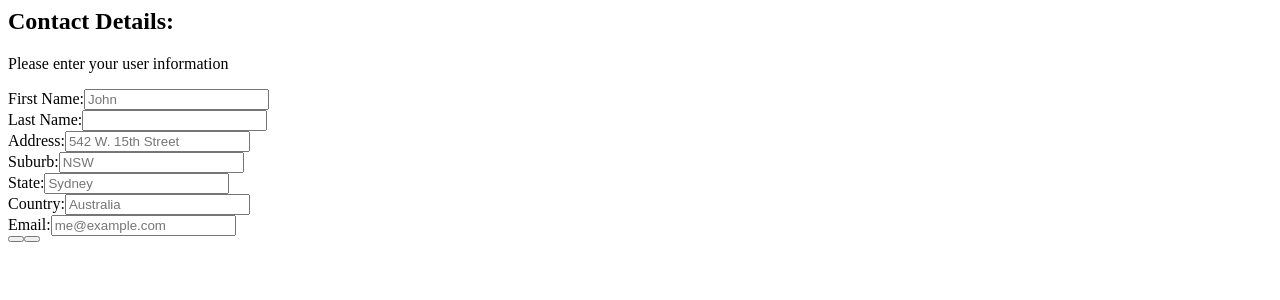
Repository: Agapitus1/Assignment-1---Self-Service-Shopping-System
Page: http://localhost/checkout.php
The author's editor kept a record of every edit. The page is drawn from the files as they stood at one moment, then again after the next edit.
The browser window is 1280 px wide. The pictures show the whole page.
The page is run by PHP 8.4 with error messages shown; the project is at /var/www/html/.

Above is the page before.

After the next edit:
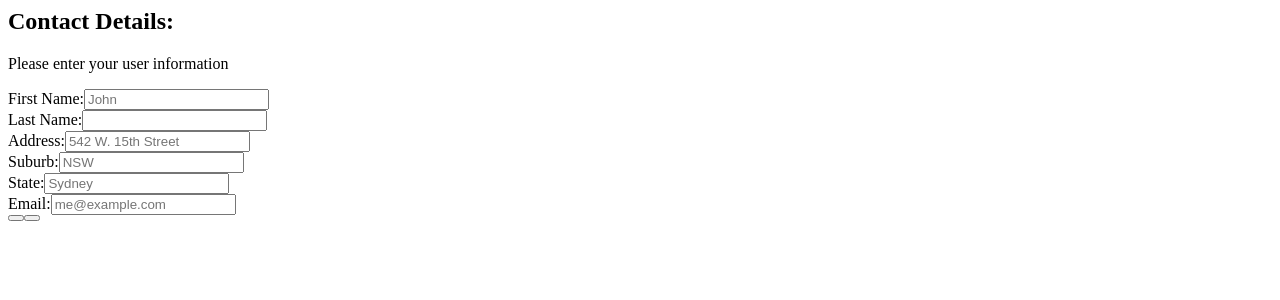
The edit:
--- a/ass1/Full Site/checkout.php
+++ b/ass1/Full Site/checkout.php
@@ -23,8 +23,6 @@
                             echo "<input type='text' id='suburb' name='suburb' required placeholder='NSW'></input><br>";
                         echo "<label for='state' id='state'>State:</label>";
                             echo "<input type='text' id='state' name='state' required placeholder='Sydney'></input><br>";
-                        echo "<label for='country' id='country'>Country:</label>";
-                            echo "<input type='text' id='country' name='country' required placeholder='Australia'></input><br>";
                         echo "<label for='email' id='validateEmail'>Email:</label>";
                             echo "<input type='email' id='email' name='email' required placeholder='me@example.com'></input><br>";
                         echo "<button type='submit' value='Sent!' target='checkout_submission'></button>";
